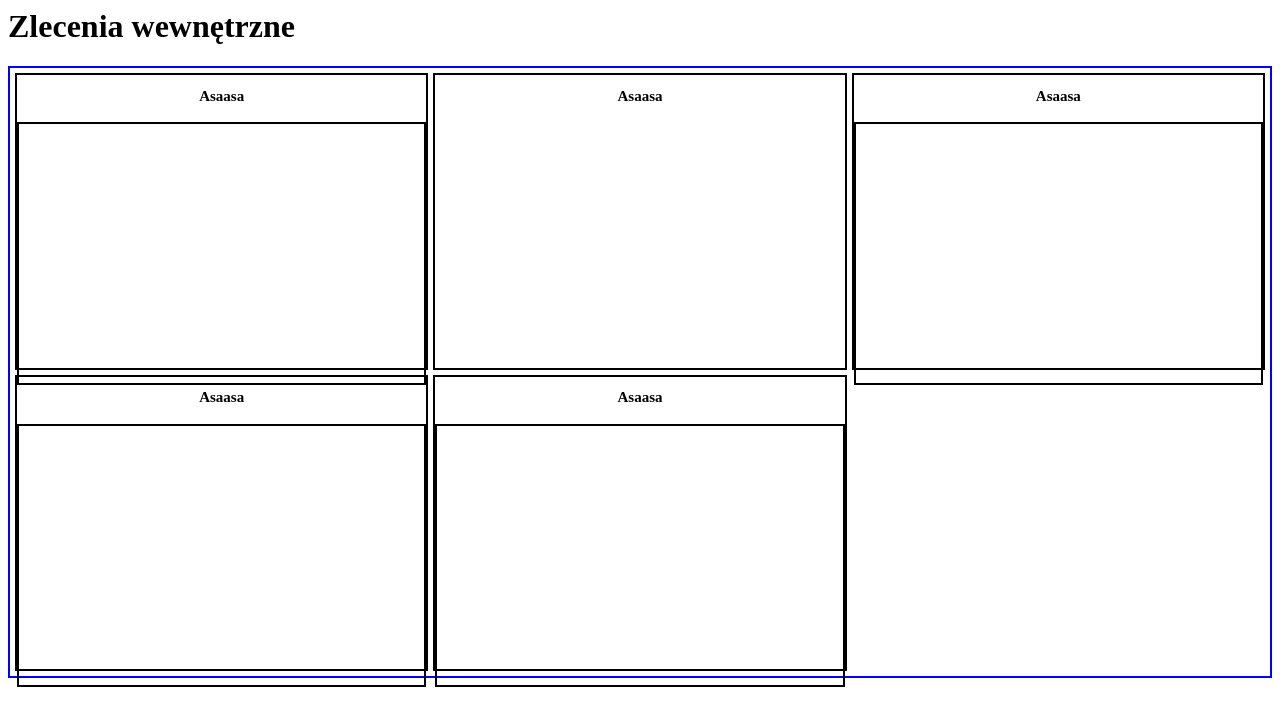
Repository: emdes515/EHpanel
Page: html/dashboardZleceniaWewnetrzne.html
An editor plug-in stored every save of this project. The page is shown before and after the next save, followed by the edit.
The browser window is 1280 px wide. The pictures show the whole page.

Above is the page before, as saved 2024-04-18 09:12:42.

### html/dashboardZleceniaWewnetrzne.html
<style>
	* {
		box-sizing: border-box;
	}
	h2 {
		font-size: 15px;
		margin-bottom: 5px;
		height: 10%;
		text-align: center;
	}

	.gridWrapper {
		display: grid;
		grid-template-columns: 1fr 1fr 1fr;
		width: 100%;
		height: 85vh;
		padding: 5px;
		gap: 5px;
		border: 2px solid blue;
	}

	.element {
		width: 100%;
		height: 100%;
		border: 2px solid black;
	}

	.elementPulpit {
		width: 100%;
		height: 90%;
		border: 2px solid black;
	}
</style>

<h1 class="text-center w-100">Zlecenia wewnętrzne</h1>

<div class="gridWrapper">
	<div class="element">
		<h2>Asaasa</h2>
		<div
			id="dashboardZleceniaWewnetrzneDzialyZglaszajacePulpit"
			class="elementPulpit"></div>
	</div>
	<div class="element">
		<h2>Asaasa</h2>
		<div id="dashboardZleceniaWewnetrzneDzialyZglaszajacePulpit"></div>
	</div>
	<div class="element">
		<h2>Asaasa</h2>
		<div
			id="dashboardZleceniaWewnetrzneRodzajeWnioskowanejPracyPulpit"
			class="elementPulpit"></div>
	</div>
	<div class="element">
		<h2>Asaasa</h2>
		<div class="elementPulpit"></div>
	</div>
	<div class="element">
		<h2>Asaasa</h2>
		<div class="elementPulpit"></div>
	</div>
</div>

<!-- <div
	class="d-grid container-fluid text-center"
	style="height: 90%">
	<div class="row">
		<div
			class="col border-primary"
			id="dashboardZleceniaWewnetrzneDzialyZglaszajace">
			<h2 style="height: 10%">Działy zgłaszające</h2>
			<div id="dashboardZleceniaWewnetrzneDzialyZglaszajacePulpit"></div>
		</div>

		<div
			class="col border-primary"
			id="dashboardZleceniaWewnetrzneRodzajeWnioskowanejPracy">
			<h2 style="height: 10%">Rodzaje wnioskowanej parcy</h2>
			<div id="dashboardZleceniaWewnetrzneRodzajeWnioskowanejPracyPulpit"></div>
		</div>

		<div
			class="col border-primary"
			id="dashboardZleceniaWewnetrzneRodzajeZalaczanychDokumentow">
			<h2 style="height: 10%">Rodzaje zalączanych dokumentów</h2>
			<div id="dashboardZleceniaWewnetrzneRodzajeZalaczanychDokumentowPulpit"></div>
		</div>
	</div>

	<div class="row">
		<div
			class="col-4"
			id="dashboardZleceniaWewnetrzneRynki">
			<h2 style="height: 10%">Wewnętrze rynki</h2>
			<div id="dashboardZleceniaWewnetrzneRynkiPulpit"></div>
		</div>

		<div
			class="col-4"
			id="dashboardZleceniaWewnetrzneTypyWnioskow">
			<h2 style="height: 15%">Wewnetrzne typy wniosków</h2>
			<div id="dashboardZleceniaWewnetrzneTypyWnioskowPulpit"></div>
		</div>
	</div>

	<script
		type="text/javascript"
		src="js/dashboardZleceniaWewnetrzne.js"></script>
</div> -->

After the next save:
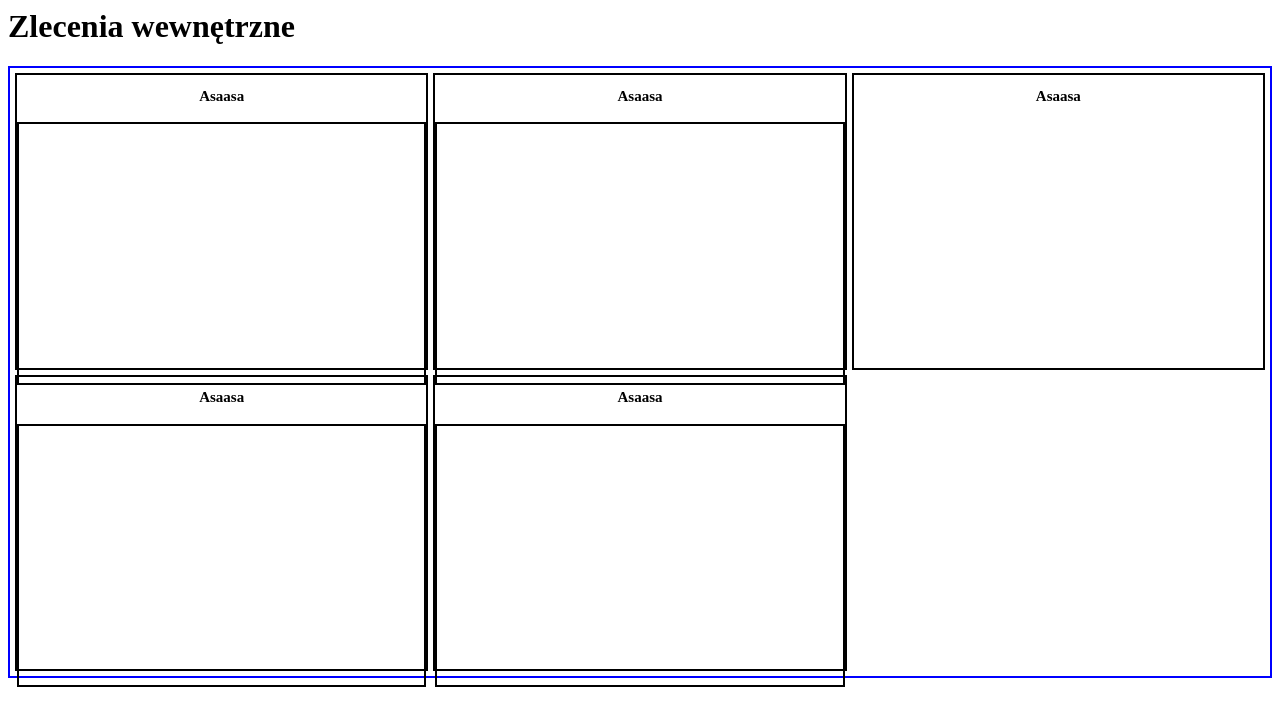
Saved 39 s later.
--- a/html/dashboardZleceniaWewnetrzne.html
+++ b/html/dashboardZleceniaWewnetrzne.html
@@ -43,13 +43,12 @@
 	</div>
 	<div class="element">
 		<h2>Asaasa</h2>
-		<div id="dashboardZleceniaWewnetrzneDzialyZglaszajacePulpit"></div>
+		<div
+			id="dashboardZleceniaWewnetrzneRodzajeWnioskowanejPracy"
+			class="elementPulpit"></div>
 	</div>
 	<div class="element">
 		<h2>Asaasa</h2>
-		<div
-			id="dashboardZleceniaWewnetrzneRodzajeWnioskowanejPracyPulpit"
-			class="elementPulpit"></div>
 	</div>
 	<div class="element">
 		<h2>Asaasa</h2>
